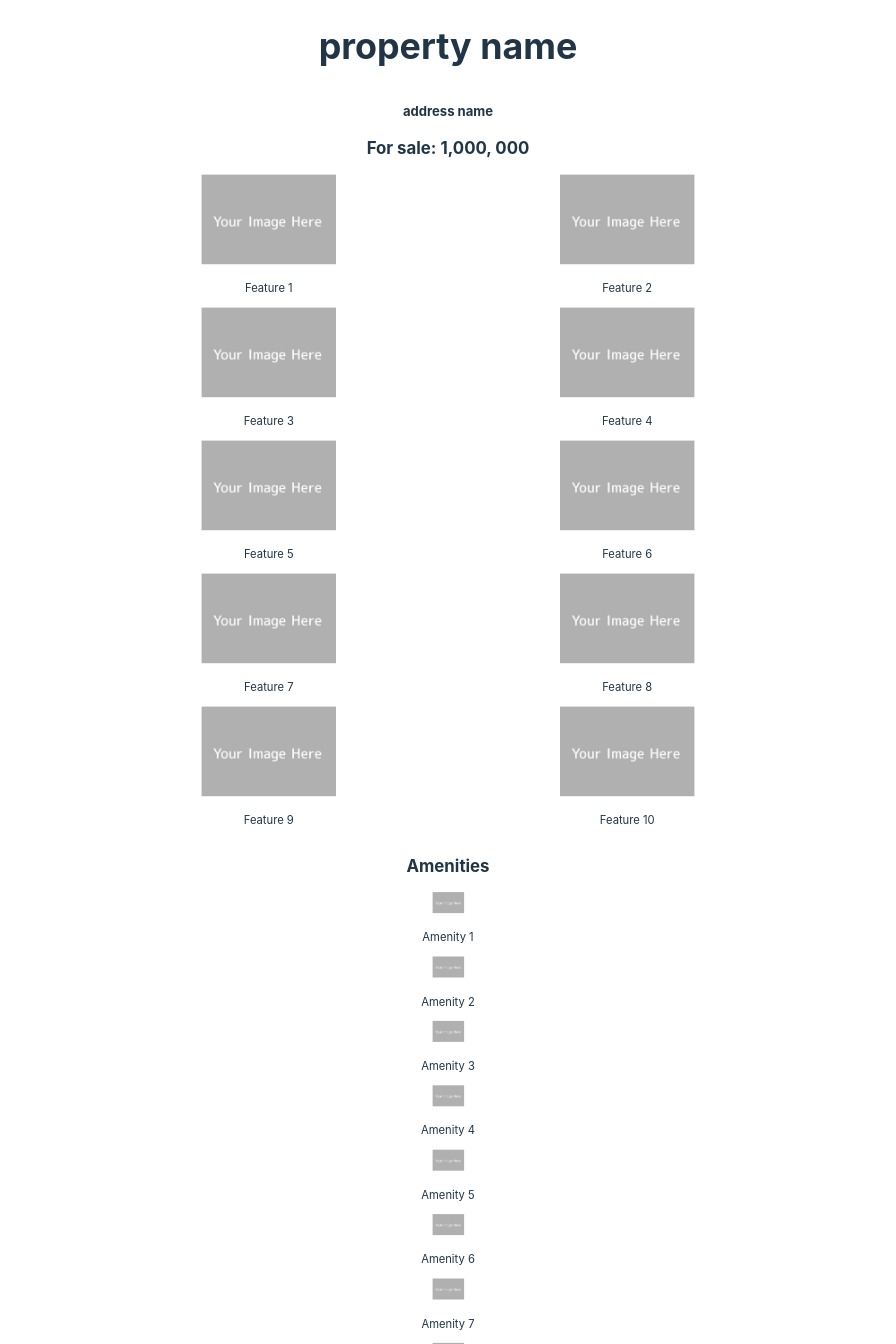
Repository: TMuse333/real_estate_property
Page: /
An editor plug-in stored every save of this project. The page is shown before and after the next save, followed by the edit.
The browser window is 1280 px wide. The pictures show the part of the page from y = 708 to 2628 px (the page is 5099 px tall before and 5312 px after), at 70% of full size.
The project was rebuilt for these pictures with package versions that can differ from the ones it lists, and the page was loaded fresh each time. Also part of the build but not shown: vite.config.js, src/components/navbar/navbar.css, src/components/navbar/navbar.jsx, src/components/carousel/carousel.css, src/components/carousel/carousel.jsx.

Above is the page before, as saved 2024-03-26 14:52:16.

After the next save:
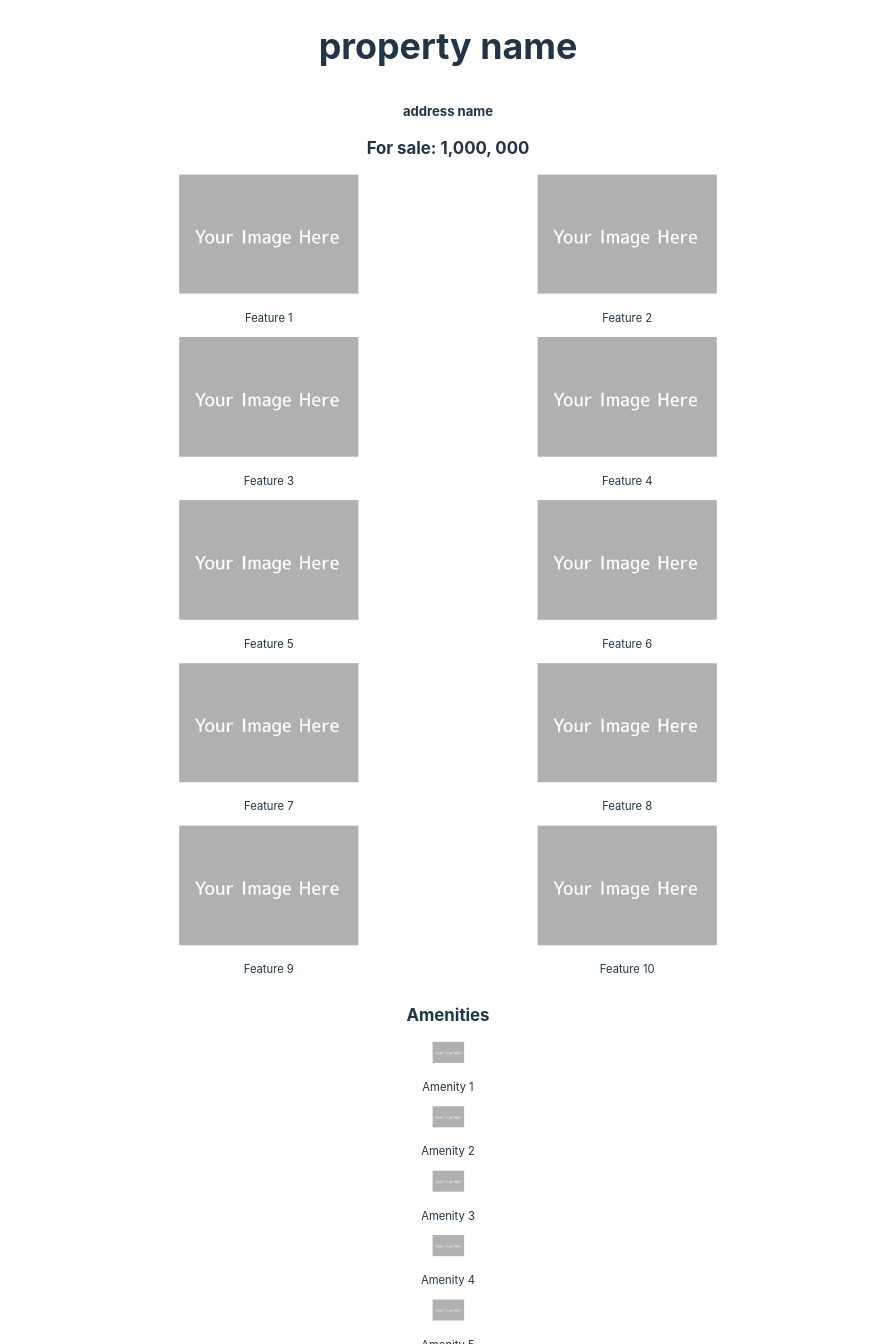
Saved 14 s later.
--- a/src/components/features/features.css
+++ b/src/components/features/features.css
@@ -1,5 +1,5 @@
 .feature img{
-    width:15vw;
+    width:20vw;
 }
 
 .features-grid{
